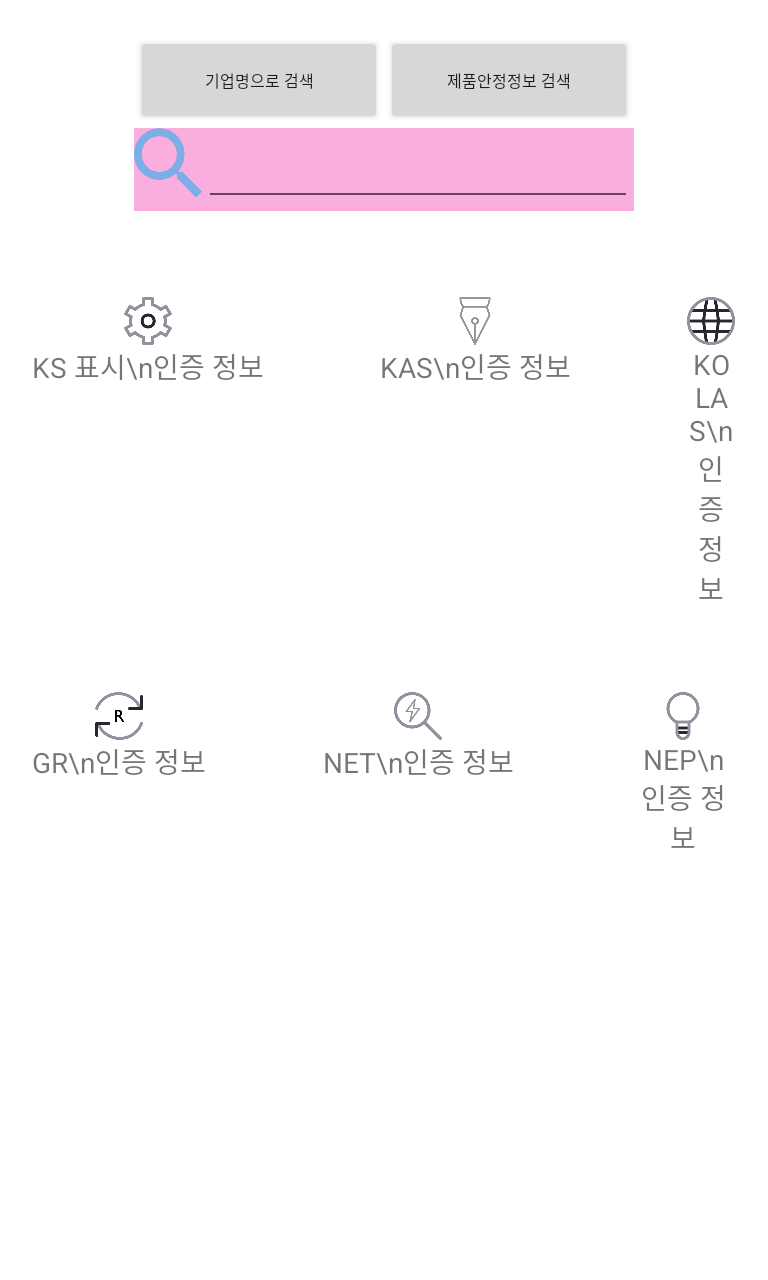
Repository: team-peony/ccfinder
Layout: android/CertifiedCompanyFinder/res/layout/fragment_main.xml
These files come from the project's save history. The layout is drawn as it stood at one moment and after the next save; the edit follows.
It is drawn on a 768 x 1280 px phone screen (xhdpi) without system bars, with theme AppTheme; the app's code is not run.

Above is the layout before, as saved 2015-02-18 17:10:59.

After the next save:
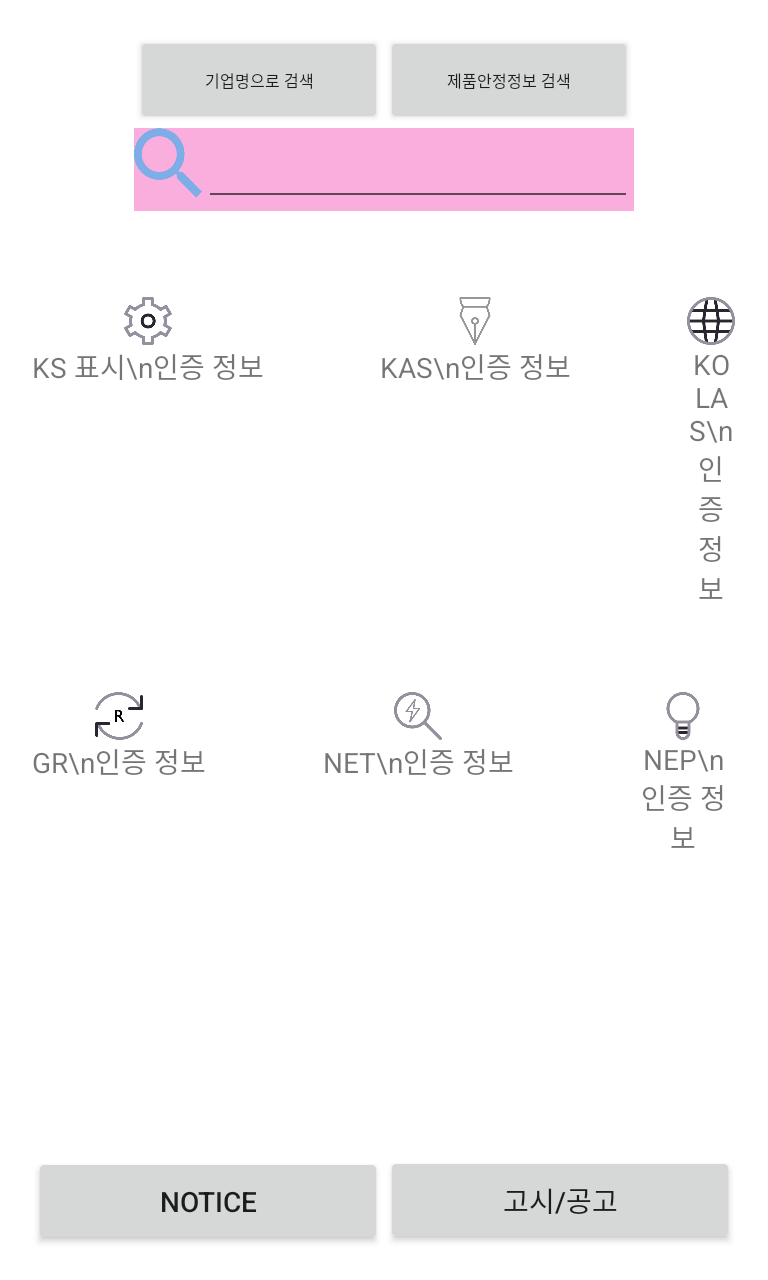
Saved 85 s later.
--- a/android/CertifiedCompanyFinder/res/layout/fragment_main.xml
+++ b/android/CertifiedCompanyFinder/res/layout/fragment_main.xml
@@ -215,7 +215,12 @@
         android:orientation="vertical"
         android:layout_alignParentBottom="true">
 
-        <Button
+        <!-- 공지 탭 -->
+        <LinearLayout
+            android:layout_width="match_parent"
+            android:layout_height="wrap_content"
+            android:orientation="horizontal">
+            <Button
             android:id="@+id/btnTabNotice"
             android:layout_width="0dp"
             android:layout_height="wrap_content"
@@ -228,6 +233,7 @@
             android:layout_height="wrap_content"
             android:layout_weight="1"
             android:text="고시/공고"/>
+        </LinearLayout>
 
     </LinearLayout>
 
